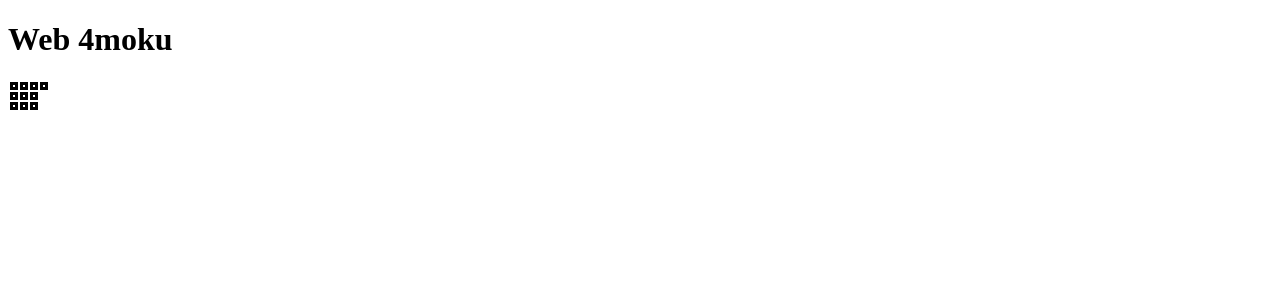
Repository: earth429/Browser-4moku
Page: index.html
An editor plug-in stored every save of this project. The page is shown before and after the next save, followed by the edit.
The browser window is 1280 px wide. The pictures show the whole page.

Above is the page before, as saved 2021-07-20 13:17:14.

After the next save:
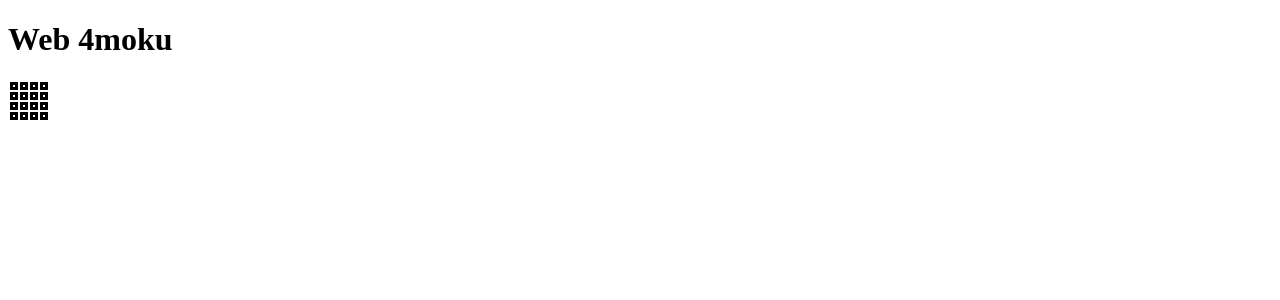
Saved 16 s later.
--- a/index.html
+++ b/index.html
@@ -20,8 +20,16 @@
                 <td></td>
                 <td></td>
                 <td></td>
+                <td></td>
             </tr>
             <tr>
+                <td></td>
+                <td></td>
+                <td></td>
+                <td></td>
+            </tr>
+            <tr>
+                <td></td>
                 <td></td>
                 <td></td>
                 <td></td>
